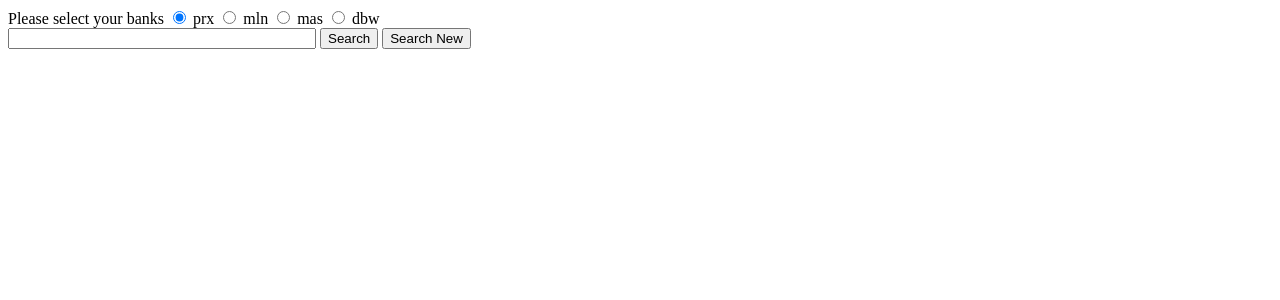
Repository: KingWisdomDEV/kingwisdomdev.github.io
Page: search-keys/index.html
An editor plug-in stored every save of this project. The page is shown before and after the next save, followed by the edit.
The browser window is 1280 px wide. The pictures show the whole page.

Above is the page before, as saved 2022-03-27 11:38:43.

### search-keys/index.html
<!DOCTYPE html>
<html lang="en">

<head>
    <meta charset="UTF-8">
    <meta http-equiv="X-UA-Compatible" content="IE=edge">
    <meta name="viewport" content="width=device-width, initial-scale=1.0">
    <title>Search Keys | King Wisdom</title>
</head>

<body>
    <span>Please select your banks</span>
    <input type="radio" id="prx" checked name="bankName" value="prx">
    <label for="prx">prx</label>
    <input type="radio" id="mln" name="bankName" value="mln">
    <label for="mln">mln</label>
    <input type="radio" id="mas" name="bankName" value="mas">
    <label for="mas">mas</label>
    <input type="radio" id="dbw" name="bankName" value="dbw">
    <label for="dbw">dbw</label>
    <br>
    <input type="text" id="keywords" style="width: 300px"/>
    <button id="btn-search">Search</button>
    <button id="btn-search-new">Search New</button>

    <div id="result">

    </div>
    <script src="./script.js"></script>
</body>

</html>

Loaded but not shown: search-keys/script.js (no copy from this time; the picture is the same without it)

After the next save:
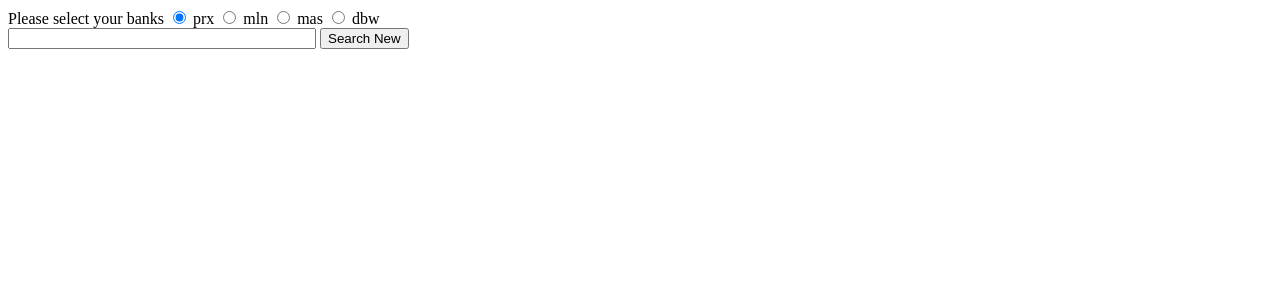
Saved 58 s later.
--- a/search-keys/index.html
+++ b/search-keys/index.html
@@ -20,7 +20,6 @@
     <label for="dbw">dbw</label>
     <br>
     <input type="text" id="keywords" style="width: 300px"/>
-    <button id="btn-search">Search</button>
     <button id="btn-search-new">Search New</button>
 
     <div id="result">
